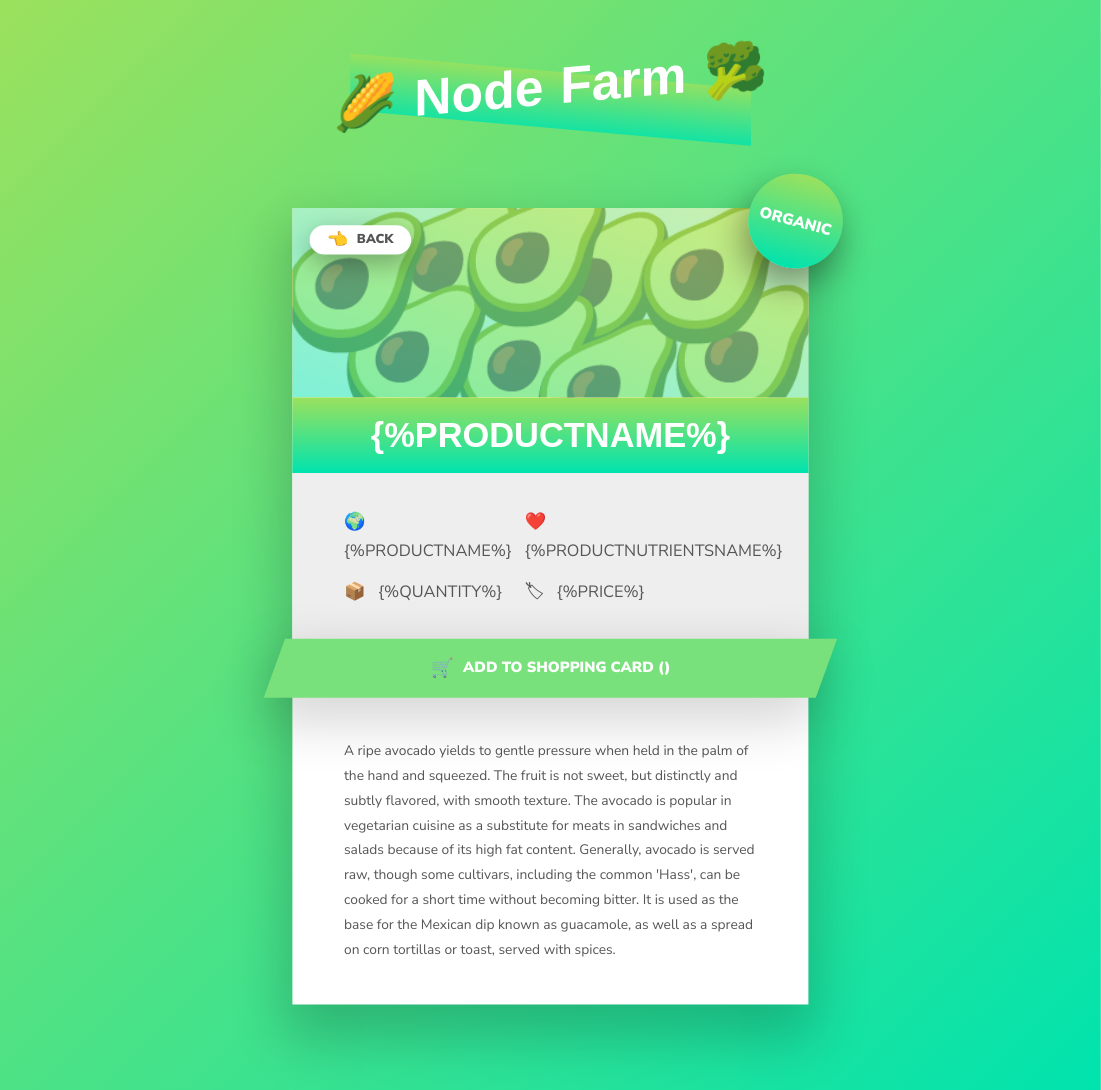
Repository: Tiantian-C/node2
Page: templates/product.html
The author's editor kept a copy of each file at every save. The page is drawn from the files as they stood at one save, then again after a run of saves.
The browser window is 1280 px wide. The pictures show the whole page, at 86% of full size.
Some web fonts or font styles are not loaded; a fallback is used.

Above is the page before, as saved 2023-07-15 15:28:30.

### templates/product.html
<!DOCTYPE html>
<html lang="en">
  <head>
    <meta charset="UTF-8" />
    <meta name="viewport" content="width=device-width, initial-scale=1.0" />
    <meta http-equiv="X-UA-Compatible" content="ie=edge" />
    <link
      href="https://fonts.googleapis.com/css?family=Megrim|Nunito+Sans:400,900"
      rel="stylesheet"
    />
    <link
      rel="icon"
      href="https://emojipedia-us.s3.dualstack.us-west-1.amazonaws.com/thumbs/240/apple/155/ear-of-maize_1f33d.png"
    />

    <title>Fresh Avocados 🥑 /// NODE FARM</title>

    <style>
      *,
      *::before,
      *::after {
        margin: 0;
        padding: 0;
        box-sizing: inherit;
      }

      html {
        font-size: 62.5%;
        box-sizing: border-box;
      }

      body {
        padding: 5rem 5rem 10rem;
        line-height: 1.7;
        font-family: "Nunito Sans", sans-serif;
        color: #555;
        min-height: 100vh;
        background: linear-gradient(to bottom right, #9be15d, #00e3ae);
      }

      h1 {
        font-family: "Megrim", sans-serif;
        font-size: 6rem;
        color: white;
        transform: skewY(-5deg);
        text-align: center;
        position: relative;
        word-spacing: 3px;
      }

      h1::before {
        content: "";
        display: block;
        height: 65%;
        width: 49%;
        position: absolute;
        top: 105%;
        left: 50%;
        background: linear-gradient(to bottom, #9be15d, #00e3ae);
        opacity: 0.8;
        z-index: -1;
        transform: skewY(370deg) translate(-50%, -50%);
      }

      .container {
        width: 95rem;
        margin: 0 auto;
      }

      .product {
        width: 60rem;
        margin: 0 auto;
        margin-top: 9rem;
        background: white;
        box-shadow: 0 3rem 6rem 1rem rgba(0, 0, 0, 0.2);
        position: relative;
      }

      .product__hero {
        position: relative;
        height: 22rem;
        overflow: hidden;
      }

      .product__hero::before {
        content: "";
        display: block;
        height: 100%;
        width: 100%;
        position: absolute;
        top: 0;
        left: 0;
        background-image: linear-gradient(to left bottom, #9be15d, #00e3ae);
        opacity: 0.5;
        z-index: 100;
      }

      .product__emoji {
        font-size: 15rem;
        position: absolute;
      }

      .product__emoji--1 {
        top: -4rem;
        left: -2rem;
        z-index: 10;
      }

      .product__emoji--2 {
        top: -6rem;
        left: 9rem;
      }

      .product__emoji--3 {
        top: -4rem;
        right: 15rem;
      }

      .product__emoji--4 {
        top: -5rem;
        right: 2rem;
        z-index: 10;
      }

      .product__emoji--5 {
        bottom: -9rem;
        left: 18rem;
      }

      .product__emoji--6 {
        bottom: -8rem;
        left: 5rem;
      }

      .product__emoji--7 {
        bottom: -12rem;
        right: 14rem;
      }

      .product__emoji--8 {
        bottom: -8rem;
        right: -2rem;
      }

      .product__emoji--9 {
        top: -7rem;
        left: 19rem;
      }

      .product__organic {
        position: absolute;
        top: -4rem;
        right: -4rem;
        z-index: 1000;
        height: 11rem;
        width: 11rem;
        background-image: linear-gradient(to bottom, #9be15d, #00e3ae);
        border-radius: 50%;
        transform: rotate(15deg);
        box-shadow: 0 2rem 4rem rgba(0, 0, 0, 0.4);
        display: flex;
        align-items: center;
        justify-content: center;
      }

      .product__organic h5 {
        font-weight: 900;
        text-transform: uppercase;
        font-size: 1.8rem;
        color: white;
      }

      .product__back:link,
      .product__back:visited {
        position: absolute;
        top: 2rem;
        left: 2rem;
        font-size: 1.5rem;
        font-weight: 700;
        text-transform: uppercase;
        text-decoration: none;
        z-index: 1000;
        color: #555;
        background-color: white;
        box-shadow: 0 1rem 3rem rgba(0, 0, 0, 0.3);
        border-radius: 100rem;
        padding: 0 2rem;
        transition: all 0.3s;
        display: flex;
        align-items: center;
      }

      .product__back:hover,
      .product__back:active {
        background-color: #79e17b;
      }

      .product__name {
        background: linear-gradient(to bottom, #9be15d, #00e3ae);
        padding: 1rem;
        font-family: "Megrim", sans-serif;
        font-size: 4rem;
        color: white;
        text-align: center;
        word-spacing: 2px;
      }

      .product__details {
        background-color: #eee;
        padding: 4rem 6rem;
        font-size: 1.9rem;
        display: grid;
        grid-template-columns: 1fr 1fr;
        grid-gap: 1.5rem;
      }

      .product__description {
        padding: 5rem 6rem;
        font-size: 1.6rem;
        line-height: 1.8;
      }

      .product__link:link,
      .product__link:visited {
        display: block;
        background-color: #79e17b;
        color: white;
        font-size: 1.6rem;
        font-weight: 700;
        text-transform: uppercase;
        text-decoration: none;
        padding: 1.5rem;
        text-align: center;
        transform: scale(1.07) skewX(-20deg);
        box-shadow: 0 2rem 6rem rgba(0, 0, 0, 0.2);
        display: flex;
        align-items: center;
        justify-content: center;
        transition: all 0.3s;
      }

      .product__link:hover,
      .product__link:active {
        background-color: #9be15d;
        transform: scale(1.1) skewX(-20deg);
      }

      .product__link span {
        transform: skewX(20deg);
      }

      .emoji-left {
        font-size: 2rem;
        margin-right: 1rem;
      }

      .emoji-right {
        font-size: 2rem;
        margin-left: 1rem;
      }

      .not-organic {
        display: none;
      }
    </style>
  </head>

  <body>
    <div class="container">
      <h1>🌽 Node Farm 🥦</h1>

      <figure class="product">
        <div class="product__organic"><h5>Organic</h5></div>
        <a href="#" class="product__back">
          <span class="emoji-left">👈</span>Back
        </a>
        <div class="product__hero">
          <span class="product__emoji product__emoji--1">🥑</span>
          <span class="product__emoji product__emoji--2">🥑</span>
          <span class="product__emoji product__emoji--3">🥑</span>
          <span class="product__emoji product__emoji--4">🥑</span>
          <span class="product__emoji product__emoji--5">🥑</span>
          <span class="product__emoji product__emoji--6">🥑</span>
          <span class="product__emoji product__emoji--7">🥑</span>
          <span class="product__emoji product__emoji--8">🥑</span>
          <span class="product__emoji product__emoji--9">🥑</span>
        </div>
        <h2 class="product__name">{%PRODUCTNAME%}</h2>
        <div class="product__details">
          <p><span class="emoji-left">🌍</span> {%PRODUCTNAME%}</p>
          <p><span class="emoji-left">❤️</span> {%PRODUCTNUTRIENTSNAME%}</p>
          <p><span class="emoji-left">📦</span> {%QUANTITY%}</p>
          <p><span class="emoji-left">🏷</span> {%PRICE%}</p>
        </div>

        <a href="#" class="product__link">
          <span class="emoji-left">🛒</span>
        <span>Add to shopping card ()</span>
        </a>

        <p class="product__description">
          A ripe avocado yields to gentle pressure when held in the palm of the
          hand and squeezed. The fruit is not sweet, but distinctly and subtly
          flavored, with smooth texture. The avocado is popular in vegetarian
          cuisine as a substitute for meats in sandwiches and salads because of
          its high fat content. Generally, avocado is served raw, though some
          cultivars, including the common 'Hass', can be cooked for a short time
          without becoming bitter. It is used as the base for the Mexican dip
          known as guacamole, as well as a spread on corn tortillas or toast,
          served with spices.
        </p>
      </figure>
    </div>
  </body>
</html>

After the next 2 saves:
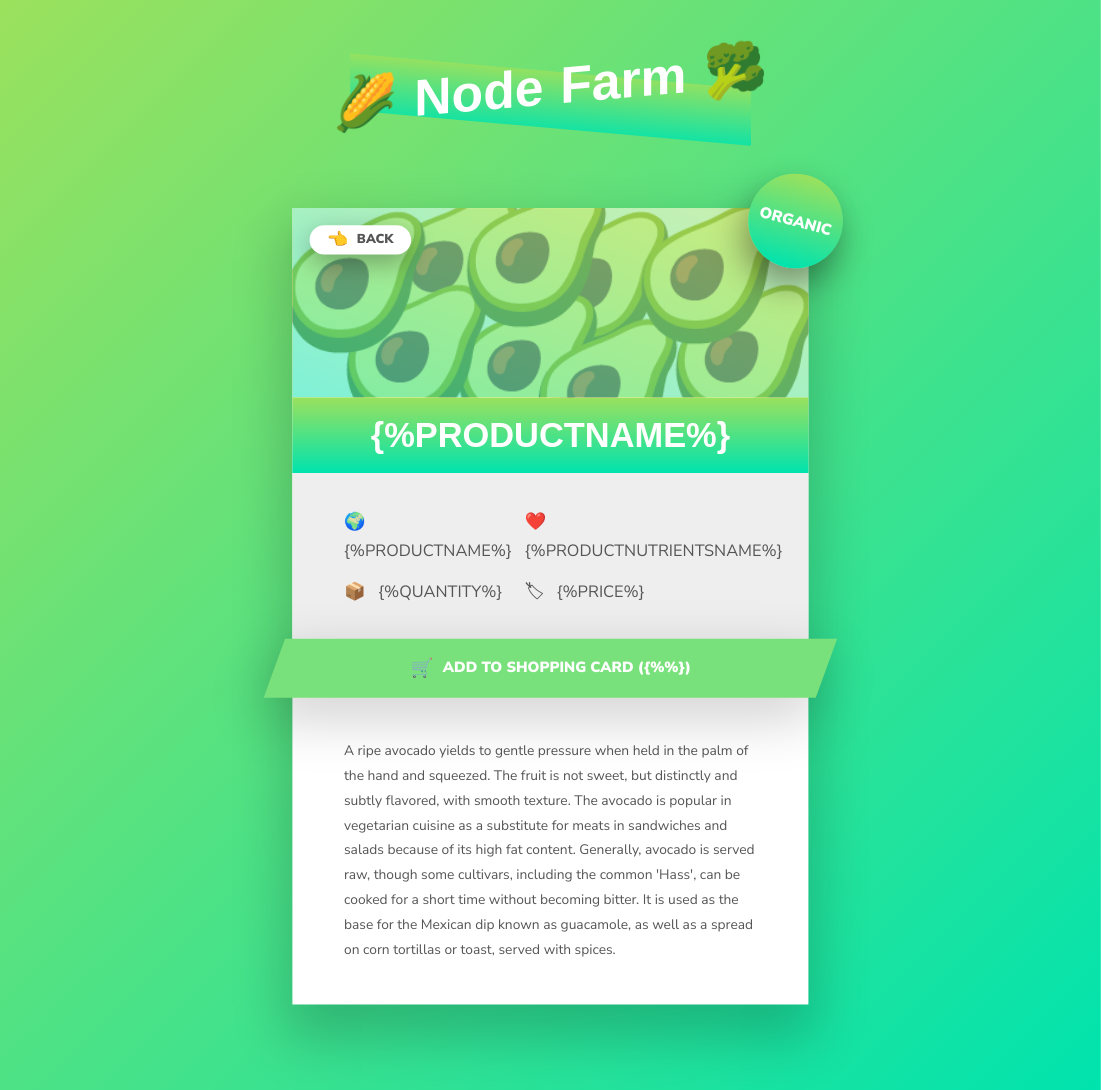
The 2 saves are shown as one change because they came seconds apart.
The last was saved 6 s later.
--- a/templates/product.html
+++ b/templates/product.html
@@ -295,7 +295,7 @@
 
         <a href="#" class="product__link">
           <span class="emoji-left">🛒</span>
-        <span>Add to shopping card ()</span>
+        <span>Add to shopping card ({%%})</span>
         </a>
 
         <p class="product__description">
